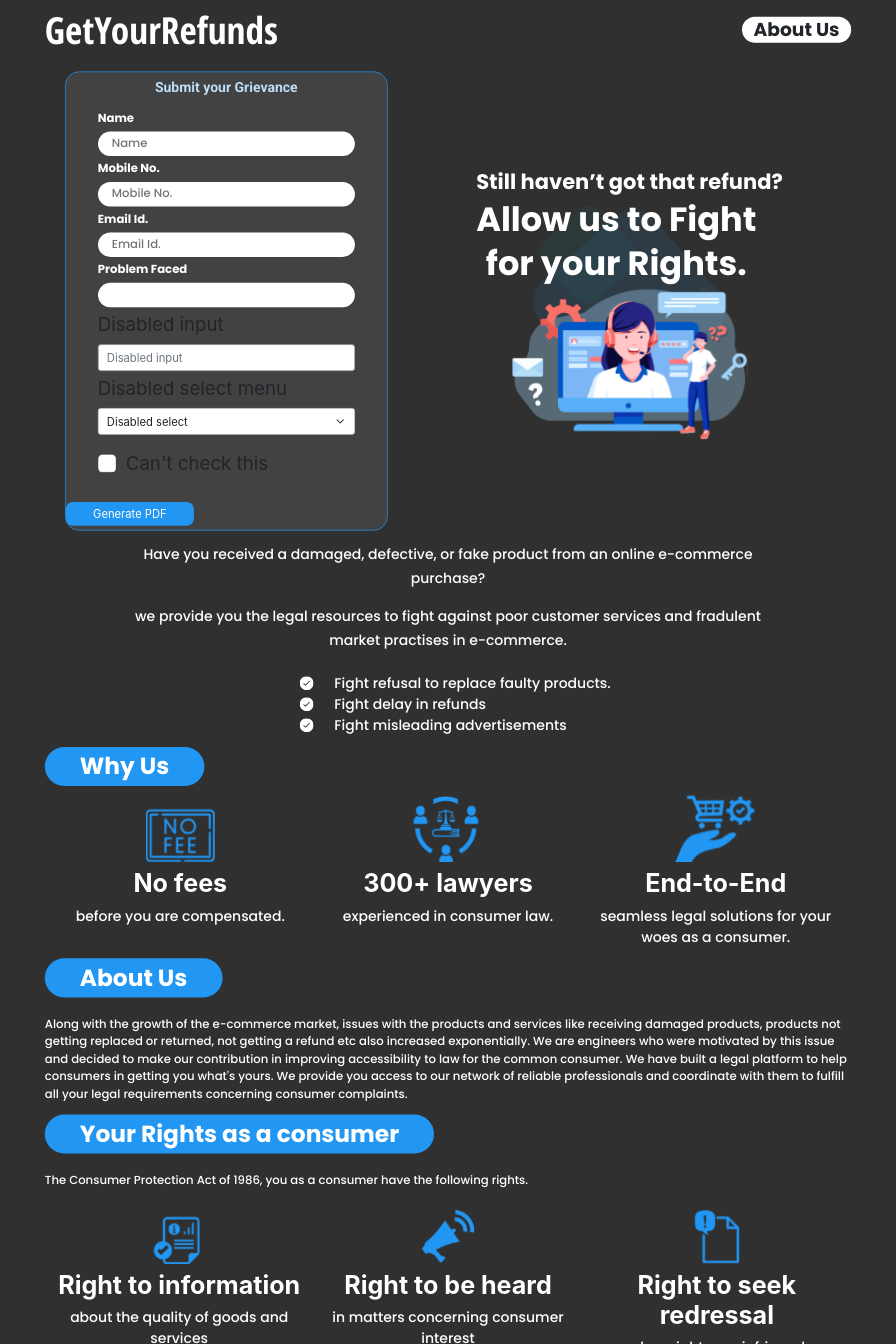
Repository: Eren00Yeager/initial-survey
Page: /consumer-complaints
The author's editor kept a copy of each file at every save. The page is drawn from the files as they stood at one save, then again after the next save.
The browser window is 1280 px wide. The pictures show the part of the page from y = 0 to 1920 px (the page is 2877 px tall before and 2873 px after), at 70% of full size.
Some web fonts or font styles are not loaded; a fallback is used. The project was rebuilt for these pictures with package versions that can differ from the ones it lists, and the page was loaded fresh each time. The framework's server and built-in components were replaced by stand-ins that run in the browser. Also part of the build but not shown: next.config.js.

Above is the page before, as saved 2022-07-14 11:56:25.

After the next save:
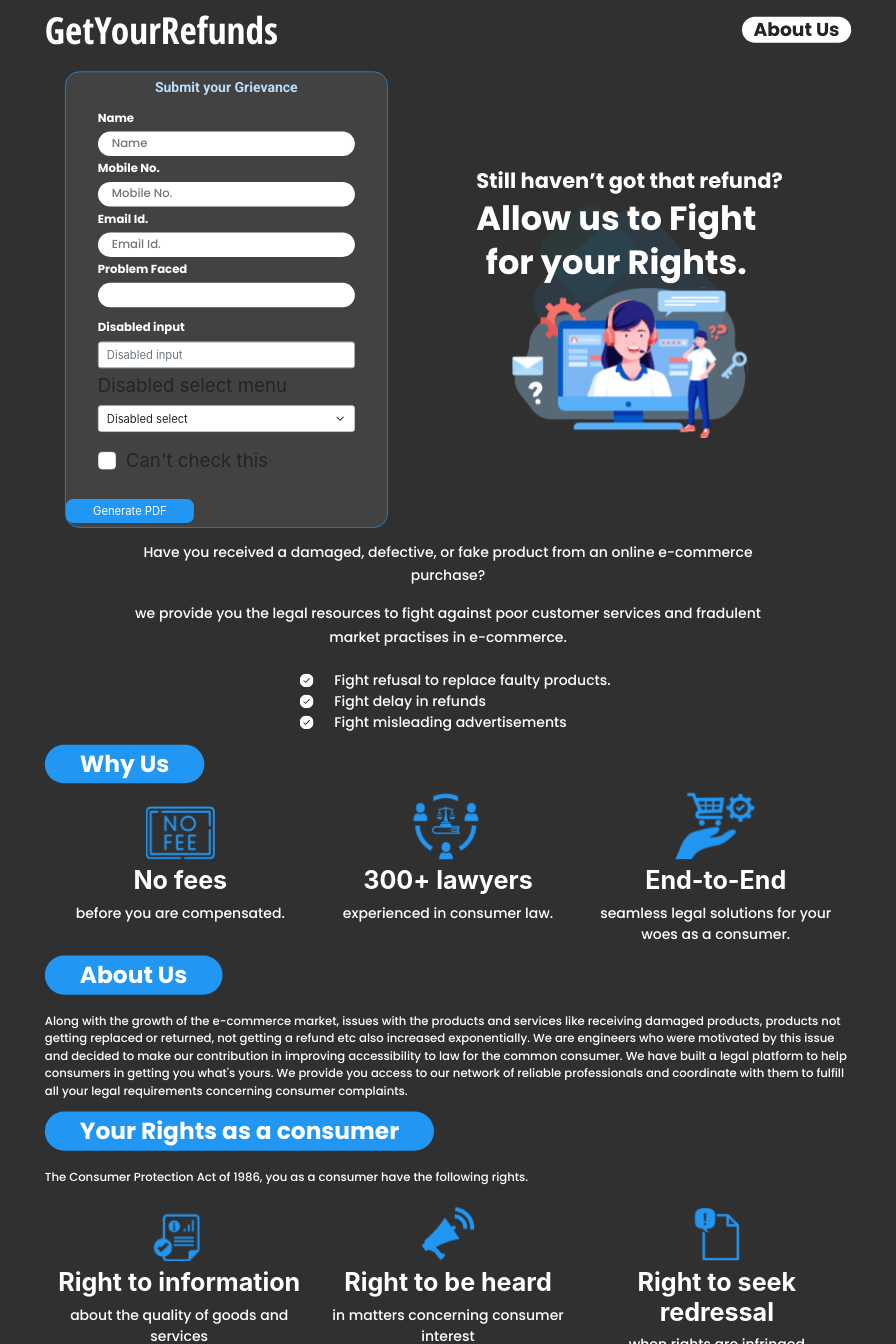
Saved 31 s later.
--- a/pages/consumer-complaints.jsx
+++ b/pages/consumer-complaints.jsx
@@ -137,7 +137,7 @@ export default function consumer() {
                     <input type="text" placeholder="" className={consumerStyles.plc} value={problem} required onChange={(e) => setProblem(e.target.value)}></input>
                 </div>
                 <Form.Group  className={consumerStyles.det}>
-        <Form.Label>Disabled input</Form.Label>
+        <Form.Label className={consumerStyles.nam}>Disabled input</Form.Label>
         <Form.Control placeholder="Disabled input" />
       </Form.Group>
       <Form.Group className="mb-3">
